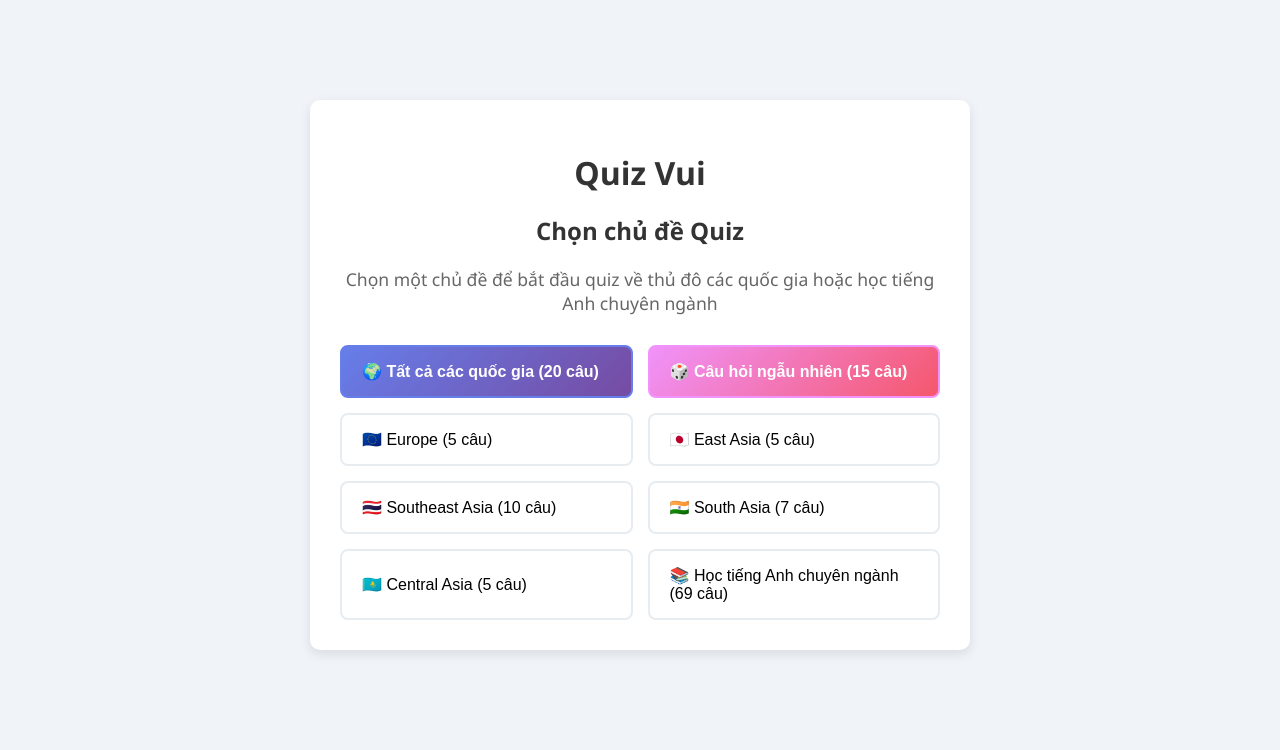
Repository: HuynhPPP/Quiz_App
Page: /
An editor plug-in stored every save of this project. The page is shown before and after a run of saves, followed by the edit.
The browser window is 1280 px wide. The pictures show the whole page.
The project was rebuilt for these pictures with package versions that can differ from the ones it lists, and the page was loaded fresh each time. Also part of the build but not shown: vite.config.js, src/components/Resutl.jsx, src/components/Review.jsx.

Above is the page before, as saved 2025-09-27 14:51:45.

### index.html
<!doctype html>
<html lang="en">
  <head>
    <meta charset="UTF-8" />
    <link rel="icon" type="image/svg+xml" href="/vite.svg" />
    <meta name="viewport" content="width=device-width, initial-scale=1.0" />
    <title>Quiz Vui</title>
  </head>
  <body>
    <div id="root"></div>
    <script type="module" src="/src/main.jsx"></script>
  </body>
</html>

### src/index.css
/* Global reset and styling */
body {
  margin: 0;
  padding: 0;
  font-family: "Segoe UI", Tahoma, Geneva, Verdana, sans-serif;
  background: #f0f4f8;
  color: #333;
}

/* Container styling for the app */
.container {
  max-width: 600px;
  margin: 100px auto;
  background: #fff;
  padding: 30px;
  border-radius: 10px;
  box-shadow: 0 4px 12px rgba(0, 0, 0, 0.1);
}

/* Header styling */
h1,
h2 {
  text-align: center;
  margin-bottom: 20px;
}

/* Styling the question text */
.question {
  font-size: 1.2em;
  margin-bottom: 20px;
}

/* Option button styling */
.option {
  display: block;
  width: 100%;
  padding: 12px;
  margin: 8px 0;
  border: 2px solid transparent;
  border-radius: 6px;
  background: #e7ecf0;
  cursor: pointer;
  text-align: left;
  transition: background 0.3s, border 0.3s;
}

.option:hover {
  background: #d6dde5;
}

.option.selected {
  background: oklch(92.9% 0.013 255.508);
  border: 2px solid oklch(55.4% 0.046 257.417);
  color: oklch(37.2% 0.044 257.287);
}

/* Navigation button styles */
.nav-buttons {
  display: flex;
  justify-content: space-between;
  margin-top: 20px;
}

.nav-buttons button {
  padding: 10px 20px;
  border: none;
  background: #42a5f5;
  color: white;
  border-radius: 6px;
  cursor: pointer;
  font-size: 1em;
  transition: background 0.3s;
}

.nav-buttons button:hover {
  background: #1e88e5;
}

.nav-buttons button:disabled {
  background: #a0c4e3;
  cursor: not-allowed;
}

.result-button {
  display: block;
  padding: 10px 20px;
  border: none;
  background: oklch(55.4% 0.046 257.417);
  color: white;
  border-radius: 6px;
  cursor: pointer;
  font-size: 1em;
  transition: background 0.3s;
}

.result-button:hover {
  background: #1e88e5;
}

/* Score display styling */
.score {
  font-size: 1.4em;
  text-align: center;
  margin: 20px 0;
}

.correct-answer {
  color: oklch(70.4% 0.14 182.503);
}

.incorrect-answer {
  color: oklch(64.5% 0.246 16.439);
}

p.result {
  text-align: center;
  margin: 40px;
}

.resultButtonsContainer {
  display: flex;
  justify-content: center;
  gap: 20px;
}

/* Review component styles */
.review-question {
  margin-bottom: 30px;
}

.review-options {
  margin: 20px 0;
}

.review-options .option {
  position: relative;
  cursor: default;
}

.review-options .option:hover {
  background: #e7ecf0;
}

.review-options .correct-user-answer {
  background: #d4edda;
  border: 2px solid #28a745;
  color: #155724;
}

.review-options .incorrect-user-answer {
  background: #f8d7da;
  border: 2px solid #dc3545;
  color: #721c24;
}

.review-options .correct-answer {
  background: #d1ecf1;
  border: 2px solid #17a2b8;
  color: #0c5460;
}

.answer-label {
  font-weight: bold;
  font-size: 0.9em;
}

.answer-status {
  margin: 20px 0;
  padding: 15px;
  border-radius: 6px;
  background: #f8f9fa;
}

.answer-status .correct-answer {
  color: #28a745;
  font-weight: bold;
}

.answer-status .incorrect-answer {
  color: #dc3545;
  font-weight: bold;
}

.answer-status .no-answer {
  color: #ffc107;
  font-weight: bold;
}

.review-buttons {
  display: flex;
  justify-content: center;
  gap: 20px;
  margin-top: 30px;
}

/* Quiz Selector styles */
.quiz-description {
  text-align: center;
  margin-bottom: 30px;
  color: #666;
  font-size: 1.1em;
}

.quiz-categories {
  display: grid;
  grid-template-columns: repeat(auto-fit, minmax(250px, 1fr));
  gap: 15px;
  margin-top: 20px;
}

.category-button {
  padding: 15px 20px;
  border: 2px solid #e7ecf0;
  border-radius: 8px;
  background: #fff;
  cursor: pointer;
  font-size: 1em;
  transition: all 0.3s;
  text-align: left;
}

.category-button:hover {
  border-color: #42a5f5;
  background: #f8f9fa;
  transform: translateY(-2px);
  box-shadow: 0 4px 12px rgba(66, 165, 245, 0.15);
}

.category-button.all-questions {
  background: linear-gradient(135deg, #667eea 0%, #764ba2 100%);
  color: white;
  border-color: #667eea;
  font-weight: bold;
}

.category-button.all-questions:hover {
  background: linear-gradient(135deg, #5a6fd8 0%, #6a4190 100%);
  transform: translateY(-2px);
}

.category-button.random {
  background: linear-gradient(135deg, #f093fb 0%, #f5576c 100%);
  color: white;
  border-color: #f093fb;
  font-weight: bold;
}

.category-button.random:hover {
  background: linear-gradient(135deg, #ee82f0 0%, #f3455a 100%);
  transform: translateY(-2px);
}

/* Dark Theme Styles */
.dark-theme {
  background: #1a1a1a;
  color: #e0e0e0;
}

.dark-theme .container {
  background: #2d2d2d;
  color: #e0e0e0;
  box-shadow: 0 4px 12px rgba(0, 0, 0, 0.3);
}

.dark-theme .option {
  background: #3d3d3d;
  color: #e0e0e0;
  border-color: #555;
}

.dark-theme .option:hover {
  background: #4d4d4d;
}

.dark-theme .option.selected {
  background: #1e3a8a;
  border-color: #3b82f6;
  color: #e0e0e0;
}

.dark-theme .nav-buttons button {
  background: #3b82f6;
}

.dark-theme .nav-buttons button:hover {
  background: #2563eb;
}

.dark-theme .result-button {
  background: #3b82f6;
}

.dark-theme .result-button:hover {
  background: #2563eb;
}

/* Theme Toggle */
.theme-toggle {
  position: fixed;
  top: 20px;
  right: 20px;
  z-index: 1000;
}

.theme-toggle-btn {
  width: 50px;
  height: 50px;
  border-radius: 50%;
  border: 2px solid #e0e0e0;
  background: #fff;
  cursor: pointer;
  font-size: 20px;
  display: flex;
  align-items: center;
  justify-content: center;
  transition: all 0.3s;
  box-shadow: 0 2px 8px rgba(0, 0, 0, 0.1);
}

.theme-toggle-btn:hover {
  transform: scale(1.1);
  box-shadow: 0 4px 12px rgba(0, 0, 0, 0.2);
}

.dark-theme .theme-toggle-btn {
  background: #2d2d2d;
  border-color: #555;
  color: #e0e0e0;
}

/* Timer Styles */
.timer-container {
  display: flex;
  flex-direction: column;
  align-items: center;
  margin-bottom: 20px;
}

.timer-header {
  display: flex;
  align-items: center;
  gap: 10px;
  margin-bottom: 15px;
}

.game-mode-icon {
  font-size: 24px;
}

.game-mode-name {
  font-size: 18px;
  font-weight: bold;
}

.timer-display {
  position: relative;
}

.timer-circle {
  position: relative;
  width: 120px;
  height: 120px;
}

.timer-svg {
  width: 100%;
  height: 100%;
  transform: rotate(-90deg);
}

.timer-progress {
  transition: stroke-dashoffset 0.3s ease;
}

.timer-progress.active {
  animation: pulse 1s infinite;
}

@keyframes pulse {
  0%, 100% { opacity: 1; }
  50% { opacity: 0.7; }
}

.timer-text {
  position: absolute;
  top: 50%;
  left: 50%;
  transform: translate(-50%, -50%);
  text-align: center;
}

.time-number {
  display: block;
  font-size: 24px;
  font-weight: bold;
  color: #333;
}

.time-label {
  display: block;
  font-size: 12px;
  color: #666;
}

.dark-theme .time-number {
  color: #e0e0e0;
}

.dark-theme .time-label {
  color: #999;
}

/* Streak Display */
.streak-container {
  display: flex;
  flex-direction: column;
  align-items: center;
  padding: 15px;
  background: linear-gradient(135deg, #ff6b6b, #ffa500);
  border-radius: 15px;
  color: white;
  min-width: 200px;
}

.streak-main {
  display: flex;
  align-items: center;
  gap: 15px;
  margin-bottom: 10px;
}

.streak-fire {
  font-size: 32px;
  animation: flame 1s infinite alternate;
}

@keyframes flame {
  0% { transform: scale(1); }
  100% { transform: scale(1.1); }
}

.streak-info {
  text-align: center;
}

.streak-number {
  font-size: 28px;
  font-weight: bold;
  display: block;
}

.streak-message {
  font-size: 14px;
  opacity: 0.9;
}

.streak-stats {
  display: flex;
  gap: 20px;
  font-size: 12px;
}

.stat-item {
  display: flex;
  flex-direction: column;
  align-items: center;
}

.stat-label {
  opacity: 0.8;
}

.stat-value {
  font-weight: bold;
  font-size: 16px;
}

/* Quiz Header Layout */
.quiz-header {
  display: flex;
  justify-content: space-between;
  align-items: flex-start;
  margin-bottom: 30px;
  gap: 20px;
}

.quiz-content {
  flex: 1;
}

/* Game Modes Section */
.game-modes-section {
  margin-bottom: 30px;
}

.game-modes-section h3 {
  text-align: center;
  margin-bottom: 20px;
  color: #333;
}

.game-modes {
  display: grid;
  grid-template-columns: repeat(auto-fit, minmax(200px, 1fr));
  gap: 15px;
  margin-bottom: 20px;
}

.game-mode-card {
  display: flex;
  align-items: center;
  gap: 15px;
  padding: 15px;
  background: #f8f9fa;
  border-radius: 10px;
  border: 2px solid #e9ecef;
}

.mode-icon {
  font-size: 24px;
}

.mode-info h4 {
  margin: 0 0 5px 0;
  color: #333;
}

.mode-info p {
  margin: 0;
  font-size: 12px;
  color: #666;
}

.dark-theme .game-mode-card {
  background: #3d3d3d;
  border-color: #555;
}

.dark-theme .mode-info h4 {
  color: #e0e0e0;
}

.dark-theme .mode-info p {
  color: #999;
}

/* Quiz Categories Section */
.quiz-categories-section {
  margin-bottom: 30px;
}

.quiz-categories-section h3 {
  text-align: center;
  margin-bottom: 20px;
  color: #333;
}

.dark-theme .quiz-categories-section h3 {
  color: #e0e0e0;
}

/* Quick Start Section */
.quick-start-section {
  margin-bottom: 30px;
}

.quick-start-section h3 {
  text-align: center;
  margin-bottom: 20px;
  color: #333;
}

.quick-start-buttons {
  display: flex;
  justify-content: center;
  gap: 15px;
  flex-wrap: wrap;
}

.quick-start-btn {
  padding: 12px 20px;
  border: none;
  border-radius: 8px;
  cursor: pointer;
  font-size: 14px;
  font-weight: bold;
  transition: all 0.3s;
  color: white;
}

.quick-start-btn.time-attack {
  background: linear-gradient(135deg, #ff6b6b, #ee5a24);
}

.quick-start-btn.blitz {
  background: linear-gradient(135deg, #feca57, #ff9ff3);
}

.quick-start-btn.survival {
  background: linear-gradient(135deg, #2c2c54, #40407a);
}

.quick-start-btn:hover {
  transform: translateY(-2px);
  box-shadow: 0 4px 12px rgba(0, 0, 0, 0.2);
}

.dark-theme .quick-start-section h3 {
  color: #e0e0e0;
}

/* Back to Selector Button */
.quiz-header {
  display: flex;
  justify-content: space-between;
  align-items: center;
  margin-bottom: 20px;
}

.back-to-selector-btn {
  padding: 8px 16px;
  background: #6c757d;
  color: white;
  border: none;
  border-radius: 6px;
  cursor: pointer;
  font-size: 14px;
  transition: all 0.3s;
  display: flex;
  align-items: center;
  gap: 5px;
}

.back-to-selector-btn:hover {
  background: #5a6268;
  transform: translateY(-1px);
}

.dark-theme .back-to-selector-btn {
  background: #495057;
}

.dark-theme .back-to-selector-btn:hover {
  background: #343a40;
}

### src/App.jsx
import Quiz from "./components/Quiz"

function App() {
  return (
    <div className="container">
      <h1>Quiz Vui</h1>
      <Quiz />

    </div>
  )
}

export default App

### src/components/Quiz.jsx
import React, { useState, useEffect } from 'react'
import Resutl from './Resutl'
import Review from './Review'
import QuizSelector from './QuizSelector'

const Quiz = () => {
    const [currentQuestions, setCurrentQuestions] = useState([]);
    const [optionSelected, setOptionSelected] = useState("");
    const [userAnswer, setUserAnswer] = useState([]);
    const [currentQuestion, setCurrentQuestion] = useState(0);
    const [isQuizCompleted, setIsQuizCompleted] = useState(false);
    const [isReviewMode, setIsReviewMode] = useState(false);
    const [score, setScore] = useState(0);
    const [showSelector, setShowSelector] = useState(true);

    const handleStartQuiz = (questions) => {
        setCurrentQuestions(questions);
        setUserAnswer(Array.from({ length: questions.length }));
        setShowSelector(false);
        setCurrentQuestion(0);
        setOptionSelected("");
        setIsQuizCompleted(false);
        setIsReviewMode(false);
        setScore(0);
    };

    const handleSelectOption = (option, index) => {
        setOptionSelected(option);
        const newUserAnswer = [...userAnswer];
        newUserAnswer[currentQuestion] = index;
        setUserAnswer(newUserAnswer);
    }

    const handleNextQuestion = () => {
        if (currentQuestion === currentQuestions.length - 1) {
            setIsQuizCompleted(true);
        } else {
            setCurrentQuestion((prev) => prev + 1);
        }

    }

    const handlePreviousQuestion = () => {
        if (currentQuestion > 0) {
            setCurrentQuestion((prev) => prev - 1);
        }
    }

    const handleResetQuiz = () => {
        setShowSelector(true);
        setIsQuizCompleted(false);
        setIsReviewMode(false);
        setCurrentQuestion(0);
        setScore(0);
        setUserAnswer([]);
        setOptionSelected("");
        setCurrentQuestions([]);
    }

    const handleReviewQuiz = () => {
        setIsReviewMode(true);
        setIsQuizCompleted(false);
        setCurrentQuestion(0);
    }

    const handleBackToSelector = () => {
        setShowSelector(true);
        setIsQuizCompleted(false);
        setIsReviewMode(false);
        setCurrentQuestion(0);
        setScore(0);
        setUserAnswer([]);
        setOptionSelected("");
        setCurrentQuestions([]);
    }

    useEffect(() => {
        if (currentQuestions.length > 0) {
            const answer = Number(userAnswer[currentQuestion]);
            const pastOptionSelected = currentQuestions[currentQuestion].options[answer];
            if (answer !== undefined) {
                setOptionSelected(pastOptionSelected);
            } else {
                setOptionSelected("");
            }
        }
    }, [currentQuestion, userAnswer, currentQuestions]);

    useEffect(() => {
        if (currentQuestions.length > 0 && optionSelected === currentQuestions[currentQuestion].answer) {
            setScore((prev) => prev + 1);
        }
    }, [optionSelected, currentQuestion, currentQuestions]);

    if (isReviewMode) {
        return <Review
            quizData={currentQuestions}
            userAnswers={userAnswer}
            handleBackToResult={handleBackToSelector}
            handleRestartQuiz={handleResetQuiz}
        />
    }

    if (isQuizCompleted) {
        return <Resutl
            score={score}
            totalQuestions={currentQuestions.length}
            handleReviewQuiz={handleReviewQuiz}
            handleResetQuiz={handleResetQuiz}
        />
    }

    if (showSelector) {
        return <QuizSelector onStartQuiz={handleStartQuiz} />
    }

    if (currentQuestions.length === 0) {
        return <div>Loading...</div>
    }

    return (
        <div>
            <div className="quiz-header">
                <button
                    className="back-to-selector-btn"
                    onClick={handleBackToSelector}
                    title="Quay lại chọn chủ đề"
                >
                    ← Quay lại chọn chủ đề
                </button>
                <h2>Câu {currentQuestion + 1}</h2>
            </div>
            <p className='question'>{currentQuestions[currentQuestion].question}</p>

            {currentQuestions[currentQuestion].options.map((option, index) => (
                <button
                    key={index}
                    className={`option ${optionSelected === option ? 'selected' : ''}`}
                    disabled={!!optionSelected && optionSelected !== option}
                    onClick={() => handleSelectOption(option, index)}
                >
                    {option}
                </button>
            ))}

            {
                optionSelected ? (
                    optionSelected === currentQuestions[currentQuestion].answer ? (
                        <p className='correct-answer'>Câu trả lời của bạn là chính xác</p>
                    ) : (
                        <p className='incorrect-answer'>Câu trả lời của bạn chưa chính xác</p>
                    )
                ) : ""
            }


            <div className='nav-buttons'>
                <button
                    onClick={handlePreviousQuestion}
                    disabled={currentQuestion === 0}
                >
                    Trước
                </button>
                <button
                    onClick={handleNextQuestion}
                    disabled={!optionSelected}
                >
                    {currentQuestion === currentQuestions.length - 1 ? "Hoàn thành Quiz" : "Tiếp"}
                </button>
            </div>
        </div>
    );
};

export default Quiz

### src/components/QuizSelector.jsx
import React from 'react'
import { getAllCategories, getQuestionsByCategory, getRandomQuestions } from '../data/index'

const QuizSelector = ({ onStartQuiz }) => {
    const categories = getAllCategories();

    const handleCategorySelect = (category) => {
        const questions = getQuestionsByCategory(category);
        onStartQuiz(questions);
    };

    const handleRandomQuiz = () => {
        const questions = getRandomQuestions(15);
        onStartQuiz(questions);
    };

    const handleAllQuestions = () => {
        const questions = getRandomQuestions(20);
        onStartQuiz(questions);
    };

    return (
        <div>
            <h2>Chọn chủ đề Quiz</h2>
            <p className="quiz-description">
                Chọn một chủ đề để bắt đầu quiz về thủ đô các quốc gia hoặc học tiếng Anh chuyên ngành
            </p>

            <div className="quiz-categories">
                <button
                    className="category-button all-questions"
                    onClick={handleAllQuestions}
                >
                    🌍 Tất cả các quốc gia (20 câu)
                </button>

                <button
                    className="category-button random"
                    onClick={handleRandomQuiz}
                >
                    🎲 Câu hỏi ngẫu nhiên (15 câu)
                </button>

                {categories.map((category, index) => {
                    const questionCount = getQuestionsByCategory(category).length;
                    const categoryEmojis = {
                        'Europe': '🇪🇺',
                        'East Asia': '🇯🇵',
                        'Southeast Asia': '🇹🇭',
                        'South Asia': '🇮🇳',
                        'Central Asia': '🇰🇿',
                        'Học tiếng Anh chuyên ngành': '📚'
                    };

                    return (
                        <button
                            key={index}
                            className="category-button"
                            onClick={() => handleCategorySelect(category)}
                        >
                            {categoryEmojis[category] || '🌏'} {category} ({questionCount} câu)
                        </button>
                    );
                })}
            </div>
        </div>
    );
};

export default QuizSelector;

### src/data/index.js
// Combined quiz data from all sources
import { capitalsData } from './capitalsData.js';
import { itVocabularyData } from './itVocabularyData.js';

// Combine all quiz data
export const quizData = [
    ...capitalsData,
    ...itVocabularyData
];

// Function to get questions by category
export const getQuestionsByCategory = (category) => {
    return quizData.filter(question => question.category === category);
};

// Function to get all categories
export const getAllCategories = () => {
    const categories = [...new Set(quizData.map(question => question.category))];
    return categories;
};

// Function to get random questions
export const getRandomQuestions = (count = 10) => {
    const shuffled = [...quizData].sort(() => 0.5 - Math.random());
    return shuffled.slice(0, count);
};

// Export individual data sources for specific use cases
export { capitalsData, itVocabularyData };

Loaded but not shown: src/main.jsx (common file); src/data/itVocabularyData.js (417 lines, source omitted); src/data/capitalsData.js (204 lines, source omitted)

After the next 2 saves:
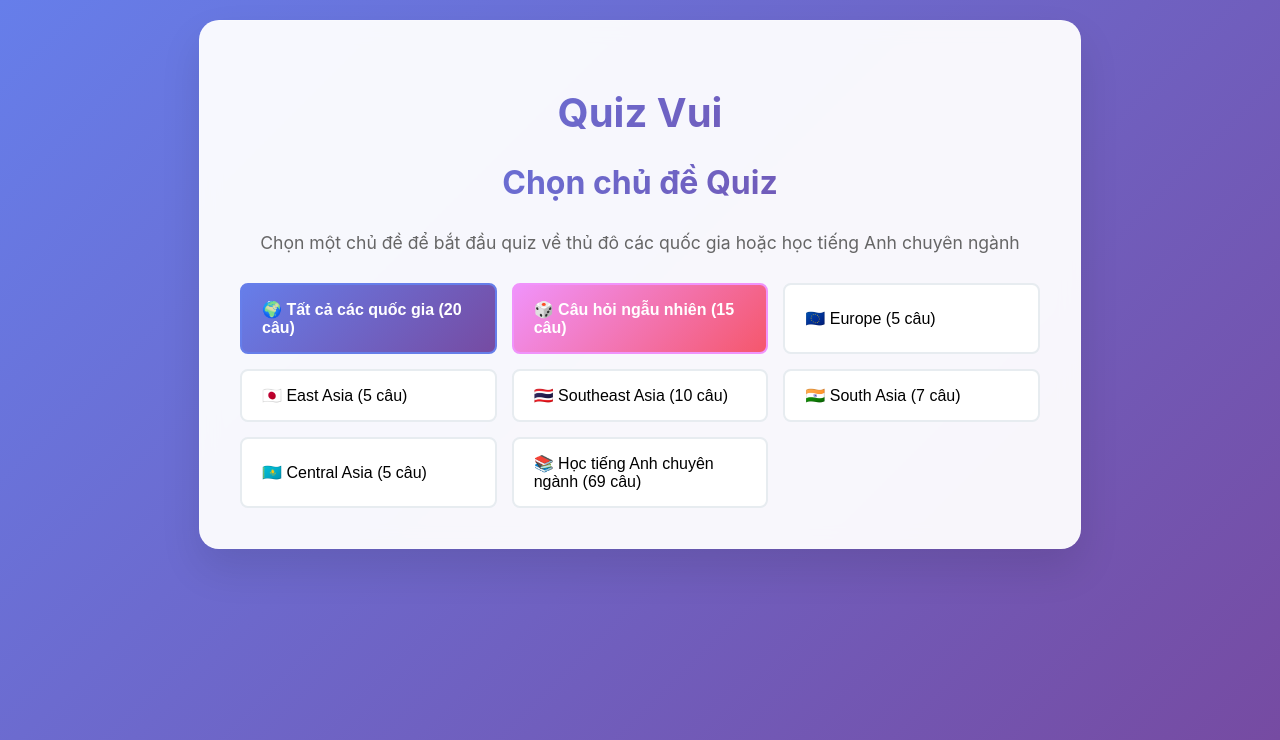
The 2 saves are shown as one change because they came seconds apart.
The last was saved 6 s later.
--- a/src/index.css
+++ b/src/index.css
@@ -2,32 +2,57 @@
 body {
   margin: 0;
   padding: 0;
-  font-family: "Segoe UI", Tahoma, Geneva, Verdana, sans-serif;
-  background: #f0f4f8;
+  font-family: "Inter", "Segoe UI", Tahoma, Geneva, Verdana, sans-serif;
+  background: linear-gradient(135deg, #667eea 0%, #764ba2 100%);
   color: #333;
+  min-height: 100vh;
 }
 
 /* Container styling for the app */
 .container {
-  max-width: 600px;
-  margin: 100px auto;
-  background: #fff;
-  padding: 30px;
-  border-radius: 10px;
-  box-shadow: 0 4px 12px rgba(0, 0, 0, 0.1);
+  max-width: 800px;
+  margin: 20px auto;
+  background: rgba(255, 255, 255, 0.95);
+  padding: 40px;
+  border-radius: 20px;
+  box-shadow: 0 20px 40px rgba(0, 0, 0, 0.1);
+  backdrop-filter: blur(10px);
+  border: 1px solid rgba(255, 255, 255, 0.2);
 }
 
 /* Header styling */
 h1,
 h2 {
   text-align: center;
-  margin-bottom: 20px;
+  margin-bottom: 30px;
+  background: linear-gradient(135deg, #667eea, #764ba2);
+  -webkit-background-clip: text;
+  -webkit-text-fill-color: transparent;
+  background-clip: text;
+  font-weight: 700;
+}
+
+h1 {
+  font-size: 2.5em;
+  margin-bottom: 10px;
+}
+
+h2 {
+  font-size: 2em;
 }
 
 /* Styling the question text */
 .question {
-  font-size: 1.2em;
-  margin-bottom: 20px;
+  font-size: 1.4em;
+  margin-bottom: 30px;
+  font-weight: 600;
+  color: #2d3748;
+  line-height: 1.6;
+  text-align: center;
+  padding: 20px;
+  background: linear-gradient(135deg, #f7fafc, #edf2f7);
+  border-radius: 15px;
+  border-left: 5px solid #667eea;
 }
 
 /* Option button styling */
